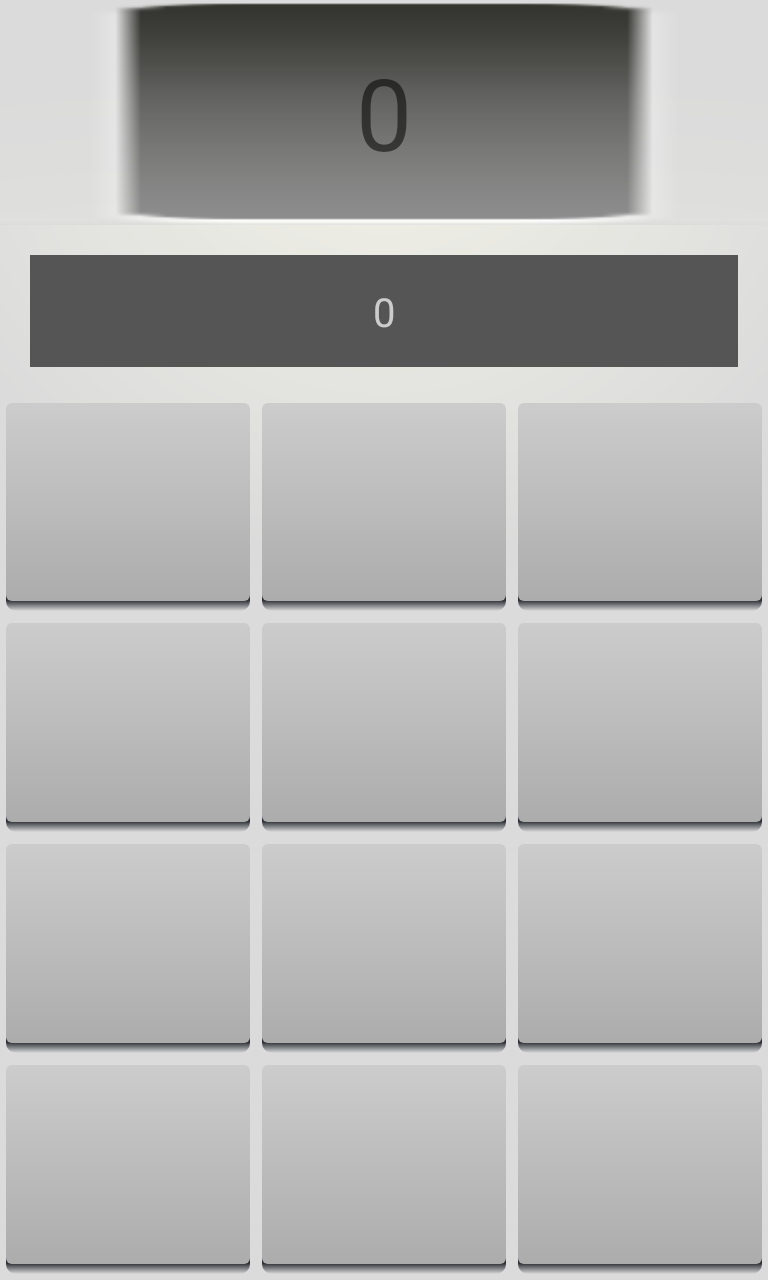
Repository: DaleJulian/Remote-Control
Layout: RemoteControl/res/layout/fragment_remote_control.xml
The author's editor kept a copy of each file at every save. The layout is drawn from the files as they stood at one save, then again after a run of saves.
It is drawn on a 768 x 1280 px phone screen (xhdpi) without system bars, with theme AppTheme; the app's code is not run.

Above is the layout before, as saved 2015-06-02 08:09:59.

### RemoteControl/res/layout/fragment_remote_control.xml
<?xml version="1.0" encoding="utf-8"?>
<TableLayout xmlns:android="http://schemas.android.com/apk/res/android"
    android:id="@+id/fragment_remote_control_table_layout"
    android:layout_width="match_parent"
    android:layout_height="match_parent"
  	android:background="@drawable/remote_background"
    android:stretchColumns="*" >

    <TextView
        android:id="@+id/fragment_remote_control_selectedTextView"
        android:layout_width="match_parent"
        android:layout_height="0dp"
        android:layout_weight="2"
        android:background="@drawable/window"
        android:gravity="center"
        android:text="0"
        android:textSize="50dp" />

    <TextView
        android:id="@+id/fragment_remote_control_workingTextView"
		android:layout_width="match_parent"
		android:layout_height="0dp"
		android:layout_weight="1"
		android:layout_margin="15dp"
		android:background="#555555"
		android:gravity="center"
		android:text="0"
		android:textColor="#cccccc"
		android:textSize="20dp" />

	<include
	    android:layout_weight="1"
	    layout="@layout/button_row" />
	<include
	    android:layout_weight="1"
	    layout="@layout/button_row" />
    <include
	    android:layout_weight="1"
	    layout="@layout/button_row" />
    <include
	    android:layout_weight="1"
	    layout="@layout/button_row" />
</TableLayout>

### RemoteControl/res/drawable/remote_background.xml
<?xml version="1.0" encoding="utf-8"?>
<shape xmlns:android="http://schemas.android.com/apk/res/android" >
  <gradient
    android:centerY="0.05"
    android:endColor="#dbdbdb"
    android:gradientRadius="500"
    android:startColor="#f4f4e9"
    android:type="radial" />
</shape>

### RemoteControl/res/layout/button_row.xml
<?xml version="1.0" encoding="utf-8"?>
	<TableRow xmlns:android="http://schemas.android.com/apk/res/android" >
	<Button style="@style/RemoteButton" />
	<Button style="@style/RemoteButton" />
	<Button style="@style/RemoteButton" />
</TableRow>

### RemoteControl/res/drawable/button_shape_shadowed.xml
<?xml version="1.0" encoding="utf-8"?>
<layer-list xmlns:android="http://schemas.android.com/apk/res/android" >
  <item>
    <shape android:shape="rectangle" >
      <corners android:radius="5dp" />

      <gradient
        android:angle="90"
        android:centerColor="#303339"
        android:centerY="0.05"
        android:endColor="#000000"
        android:startColor="#00000000" />
    </shape>
  </item>
  <item>
    <inset
      android:drawable="@drawable/button_shape"
      android:insetBottom="5dp" />
  </item>
</layer-list>

### RemoteControl/res/drawable/button_text_color.xml
<?xml version="1.0" encoding="utf-8"?>
<selector xmlns:android="http://schemas.android.com/apk/res/android" >
    <item android:state_pressed="false" android:color="#ffffff"/>
    <item android:state_pressed="true" android:color="#556699"/>
</selector>

### RemoteControl/res/drawable/button_shape.xml
<?xml version="1.0" encoding="utf-8"?>
<selector xmlns:android="http://schemas.android.com/apk/res/android">
  <item android:drawable="@drawable/button_shape_normal"
   android:state_pressed="false"/>
  <item android:drawable="@drawable/button_shape_pressed"
    android:state_pressed="true"/>
</selector>

### RemoteControl/res/drawable/button_shape_normal.xml
<?xml version="1.0" encoding="utf-8"?>
<shape xmlns:android="http://schemas.android.com/apk/res/android"
  android:shape="rectangle" >

  <corners android:radius="3dp" />

  <gradient
    android:angle="90"
    android:endColor="#cccccc"
    android:startColor="#acacac" />

</shape>

### RemoteControl/res/drawable/button_shape_pressed.xml
<?xml version="1.0" encoding="utf-8"?>
<shape xmlns:android="http://schemas.android.com/apk/res/android"
  android:shape="rectangle" >

  <corners android:radius="3dp" />

  <gradient
    android:angle="270"
    android:endColor="#cccccc"
    android:startColor="#acacac" />

</shape>

Loaded but not shown: RemoteControl/res/values/styles.xml (common file); RemoteControl/res/values-v11/styles.xml (common file); RemoteControl/res/values-v14/styles.xml (common file)

After the next 2 saves:
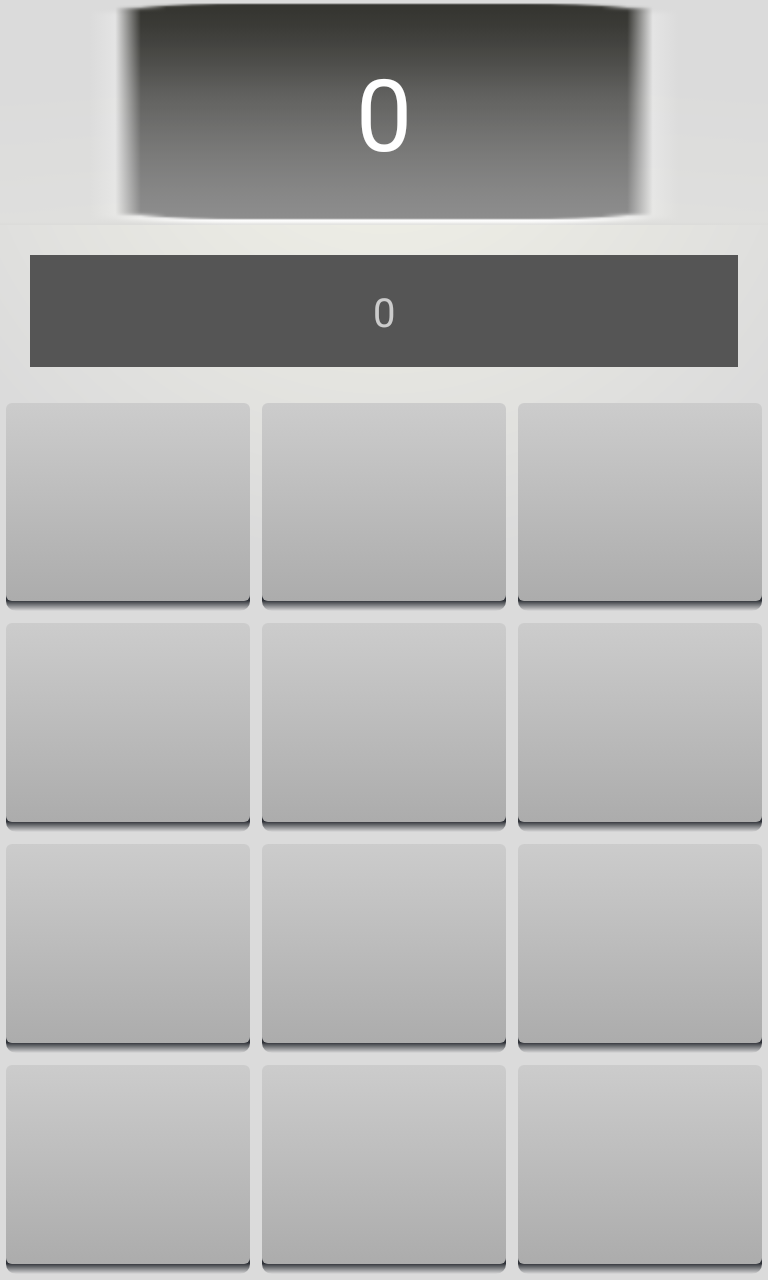
The 2 saves are shown as one change because they came seconds apart.
The last was saved 11 s later.
--- a/RemoteControl/res/layout/fragment_remote_control.xml
+++ b/RemoteControl/res/layout/fragment_remote_control.xml
@@ -14,6 +14,7 @@
         android:background="@drawable/window"
         android:gravity="center"
         android:text="0"
+        android:textColor="#ffffff"
         android:textSize="50dp" />
 
     <TextView
